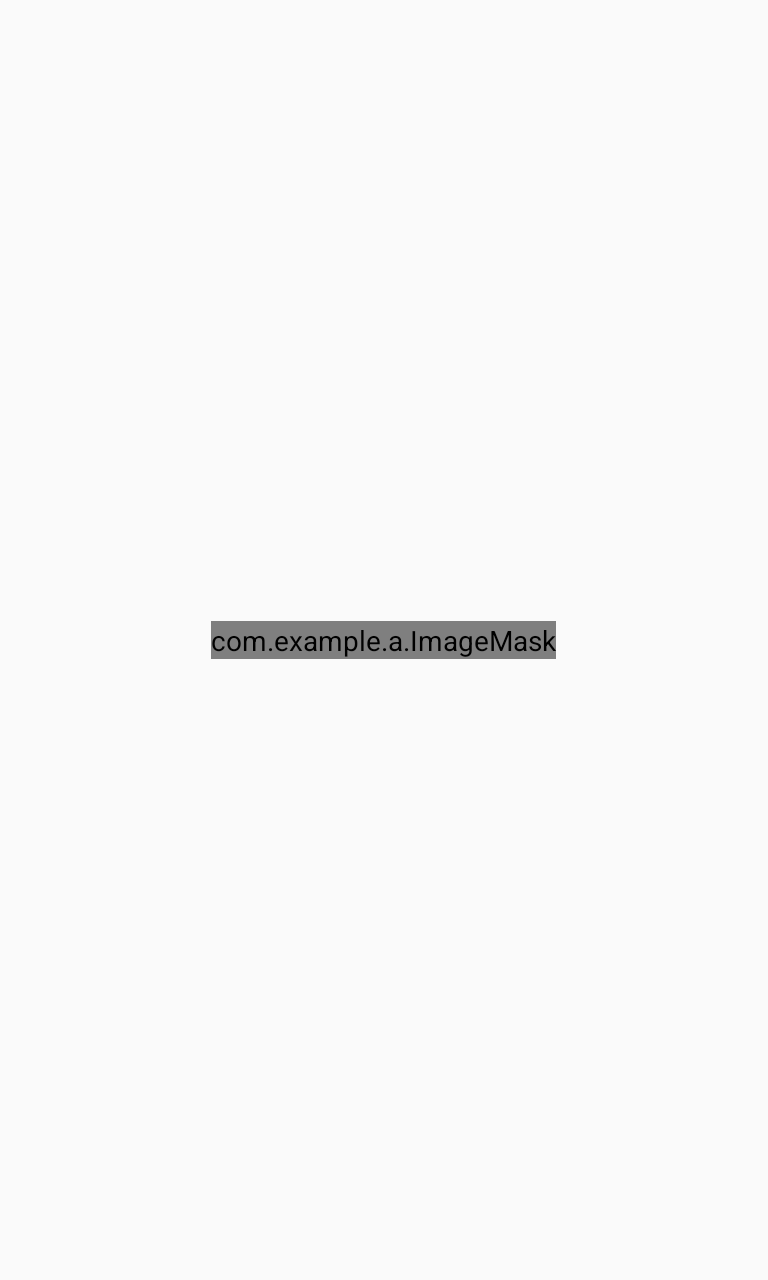
Repository: gmDreamer/android
Layout: a/res/layout/activity_main.xml
The author's editor kept a copy of each file at every save. The layout is drawn from the files as they stood at one save, then again after the next save.
Pictures or frames that could not be fetched are drawn as grey boxes. It is drawn on a 768 x 1280 px phone screen (xhdpi) without system bars, with theme AppTheme; the app's code is not run.

Above is the layout before, as saved 2016-04-26 07:26:17.

### a/res/layout/activity_main.xml
<!-- <LinearLayout xmlns:android="http://schemas.android.com/apk/res/android"
    xmlns:tools="http://schemas.android.com/tools"
    android:orientation="vertical"
    android:layout_width="match_parent"
    android:layout_height="match_parent"
    tools:context="${relativePackage}.${activityClass}" >
  <LinearLayout android:layout_width="fill_parent"
                android:layout_height="wrap_content"
                android:orientation="vertical">
      <EditText android:layout_width="fill_parent"
                android:layout_height="wrap_content"/>
  </LinearLayout>
  <LinearLayout android:layout_width="fill_parent"
                android:layout_height="wrap_content"
                android:orientation="horizontal"
                android:gravity="right">
      <Button android:layout_width="wrap_content"
              android:layout_height="wrap_content"
              android:text="确定"/>
      <Button android:layout_width="wrap_content"
              android:layout_height="wrap_content"
              android:text="abc"/>
        线性布局－1
      </LinearLayout>

   <LinearLayout android:layout_width="fill_parent"
                 android:layout_height="fill_parent"
                 android:layout_weight="1"
                 android:orientation="horizontal"
                 >
       <TextView android:layout_width="wrap_content"
                 android:layout_height="fill_parent"
                 android:background="#aa0000"
                 android:layout_weight="1"
                 />
       <TextView android:layout_width="wrap_content"
                 android:layout_height="fill_parent"
                 android:background="#00aa00"
                 android:layout_weight="1"
           />
       <TextView android:layout_width="wrap_content"
                 android:layout_height="fill_parent"
                 android:background="#0000aa"
                 android:layout_weight="1"
                />
   </LinearLayout>
   <LinearLayout android:layout_width="fill_parent"
                 android:layout_height="fill_parent"
                 android:layout_weight="1"
                 android:orientation="vertical"
       >
       <TextView android:layout_width="fill_parent"
                 android:layout_height="wrap_content"
                 android:background="#aa0000"
                 android:layout_weight="1"
                 />
       <TextView android:layout_width="fill_parent"
                 android:layout_height="wrap_content"
                 android:layout_weight="1"
                 android:background="#00aa00"
           />
   </LinearLayout>
   线性布局和垂直布局用法
</LinearLayout> -->
<!-- <FrameLayout xmlns:android="http://schemas.android.com/apk/res/android"
             android:layout_width="fill_parent"
             android:layout_height="fill_parent">
            帧布局，都是从原点出发(0,0) 做上焦
            <TextView android:layout_width="500dp"
                      android:layout_height="400dp"
                      android:background="#00cc00"
                />
                         <TextView android:layout_width="300dp"
                       android:layout_height="200dp"
                       android:background="#cc0000"
                 />
                   <TextView android:layout_width="100dp"
                      android:layout_height="100dp"
                      android:background="#0000cc"
                />
 </FrameLayout> -->
<!-- <TableLayout xmlns:android="http://schemas.android.com/apk/res/android"
              android:layout_width="fill_parent"
              android:layout_height="fill_parent">  表格布局
            <TableRow >
                      <Button android:layout_width="wrap_content"
                      android:layout_height="wrap_content"
                      android:text="确定"
                      />
                      <Button android:layout_width="wrap_content"
                      android:layout_height="wrap_content"
                      android:text="取消"
                      />

            </TableRow>
                      <TableRow >
                      <Button android:layout_width="wrap_content"
                      android:layout_height="wrap_content"
                      android:text="确定"
                      />
                      <Button android:layout_width="wrap_content"
                      android:layout_height="wrap_content"
                      android:text="取消"
                      />

            </TableRow>
 </TableLayout> -->
 <RelativeLayout xmlns:android="http://schemas.android.com/apk/res/android"
                 xmlns:maskimage="http://schemas.android.com/apk/res/com.example.a"
                 android:layout_width="fill_parent"
                 android:layout_height="fill_parent">
              <!--  <TextView android:layout_width="fill_parent"
                         android:layout_height="wrap_content"
                         android:id="@+id/text"
                         android:text="Hello is android"
                         android:layout_marginBottom="50dp"
                         android:background="#aa0000"
                   />
               <EditText android:layout_width="fill_parent"
                         android:layout_height="wrap_content"
                         android:layout_below="@id/text"
                         android:id="@+id/edi"
                         />
               <Button  android:layout_width="wrap_content"
                        android:layout_height="wrap_content"
                        android:text ="取消"
                        android:layout_below="@id/edi"
                        android:layout_alignParentRight="true"
                        android:id="@+id/btn"
                    />
               <Button android:layout_width="wrap_content"
                       android:layout_height="wrap_content"
                       android:layout_toLeftOf="@id/btn"
                       android:layout_marginRight="20dp"
                       android:text="确定"
                       android:layout_alignTop="@id/btn"
                       />
               <LinearLayout android:layout_width="fill_parent" android:layout_height="wrap_content"
                    android:layout_below="@id/btn" android:orientation="vertical" android:gravity="right"
                    >
                   <TextView android:layout_width="fill_parent"
                             android:layout_height="50dp"
                             android:background="#aa0000"
                       />
                   <Button android:layout_width="wrap_content"
                           android:layout_height="wrap_content"
                           android:text="abcf"
                           />
               </LinearLayout> -->
              <com.example.a.ImageMask  android:layout_width="wrap_content" android:layout_height="wrap_content"
                   android:layout_centerInParent="true"
                    maskimage:image="@drawable/img_1"
                    maskimage:mask="@drawable/bound" />


 </RelativeLayout>

Loaded but not shown: a/res/values/styles.xml (common file); a/res/values-v11/styles.xml (common file); a/res/values-v14/styles.xml (common file)

After the next save:
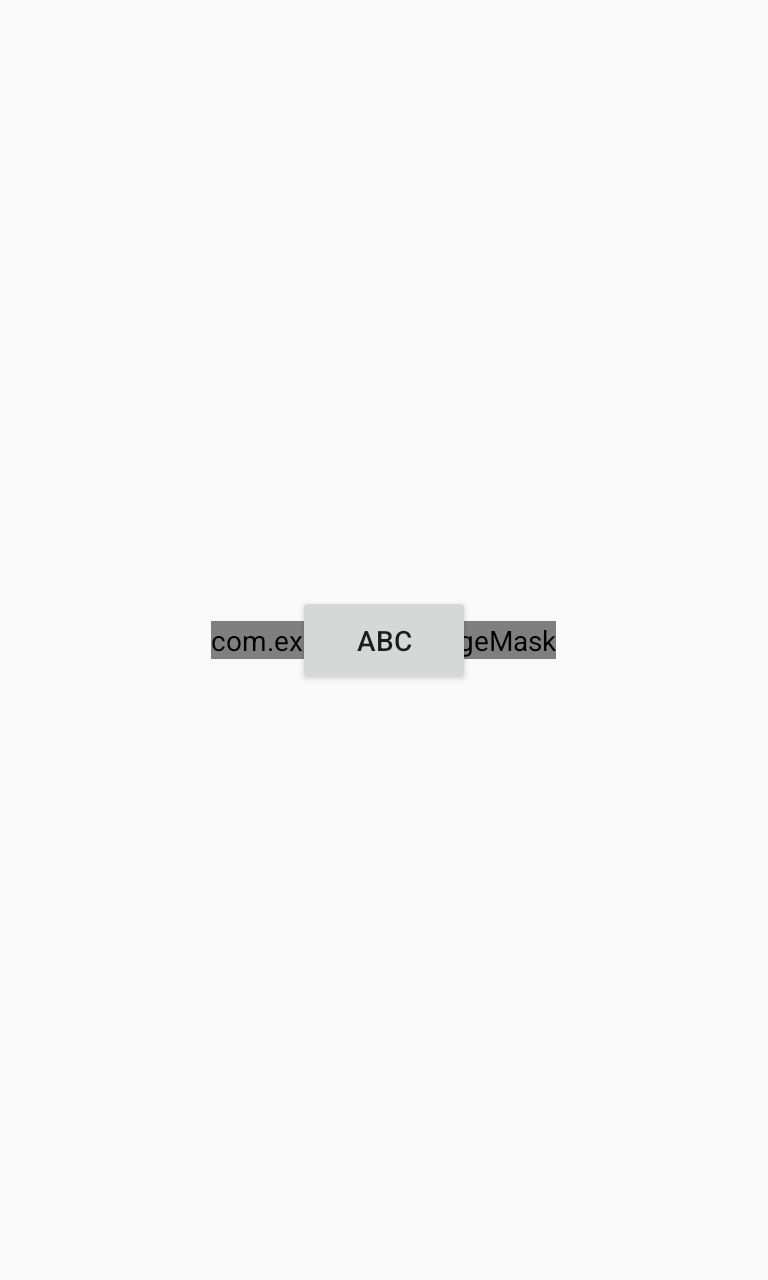
Saved 112 s later.
--- a/a/res/layout/activity_main.xml
+++ b/a/res/layout/activity_main.xml
@@ -151,6 +151,9 @@
                    android:layout_centerInParent="true"
                     maskimage:image="@drawable/img_1"
                     maskimage:mask="@drawable/bound" />
-
+             <Button  android:layout_width="wrap_content" android:layout_height="wrap_content"
+                    android:text="abc"
+                    android:layout_centerInParent="true"
+                  />
 
  </RelativeLayout>

After the save that followed:
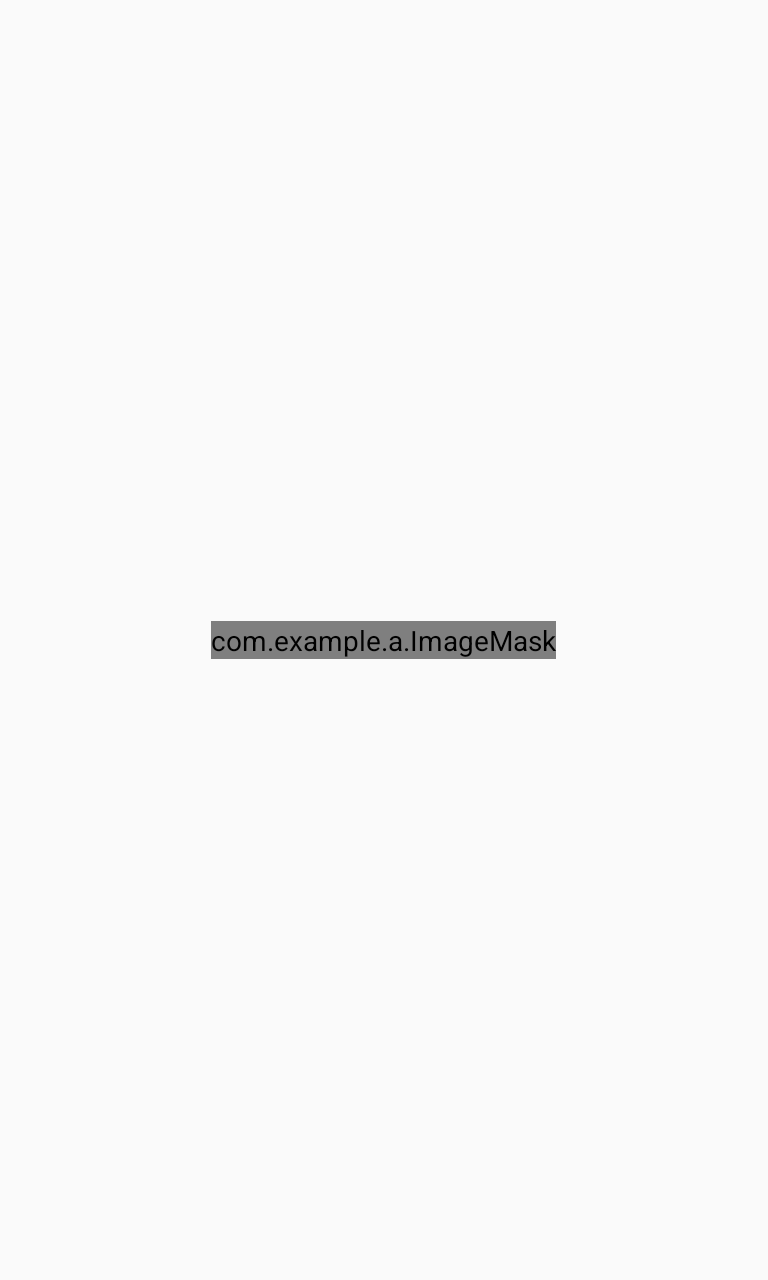
Saved 20 s later.
--- a/a/res/layout/activity_main.xml
+++ b/a/res/layout/activity_main.xml
@@ -151,9 +151,5 @@
                    android:layout_centerInParent="true"
                     maskimage:image="@drawable/img_1"
                     maskimage:mask="@drawable/bound" />
-             <Button  android:layout_width="wrap_content" android:layout_height="wrap_content"
-                    android:text="abc"
-                    android:layout_centerInParent="true"
-                  />
 
  </RelativeLayout>
